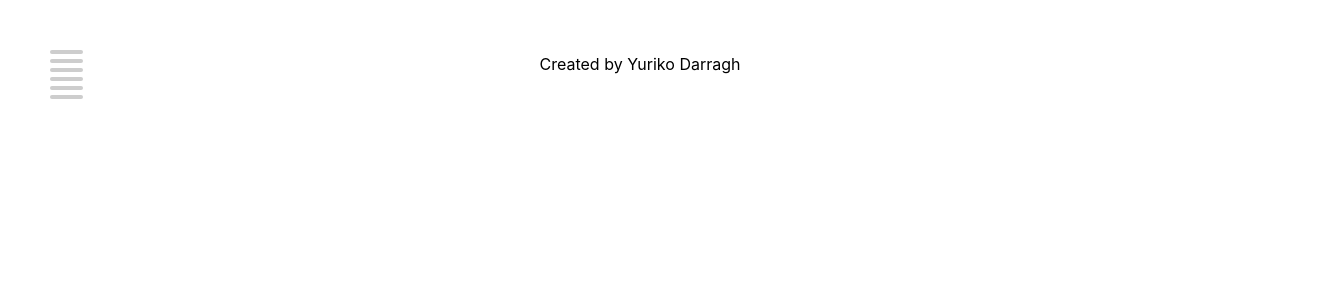
Repository: yuriko-pixel/react-portfolio
Page: /about
These files come from the project's save history. The page is drawn as it stood at one moment and after the next save; the edit follows.
The browser window is 1280 px wide. The page is 1330 px wide, so the pictures cover 1330 px, including what lies to the right of the window. The pictures show the whole page.
The project was rebuilt for these pictures with package versions that can differ from the ones it lists, and the page was loaded fresh each time. Also part of the build but not shown: src/components/worktemp.js, src/styles/top.module.scss, src/components/links.js, src/components/top.js, src/styles/works.module.scss, src/components/works.js, src/components/home.js.

Above is the page before, as saved 2021-05-19 12:22:29.

### src/App.js
import logo from './logo.svg';
import './App.css';
import { BrowserRouter, Route, Link } from 'react-router-dom';
import WorkTemp from './components/worktemp'
import about from './components/about'
import home from './components/home'
import Nav from './components/nav'
import Footer from './components/footer'
import works from './components/works'

function App() {
  return (
    <div className="App">
      <BrowserRouter>
        <Nav />
        <Route exact path='/' component={home}></Route>
        <Route path='/about' component={about}></Route>
        <Route path='/works' component={works}></Route>
        <Route path='/work/:name'><WorkTemp /></Route>
        <Footer/>
      </BrowserRouter>
    </div>
  );
}

export default App;

### src/components/about.js

import Nav from './nav'

const About = () => {
    return (
        <div>
            <Nav/>

        </div>
    )
}

export default About

### src/components/nav.js
import navs from '../styles/nav.module.scss'
import { Link } from 'react-router-dom';

const Nav = () => {
    return (
        <nav role="navigation">
        <div className={navs.menuToggle}>
          <input type="checkbox" />
          <span></span>
          <span></span>
          <span></span>
          <ul className={navs.menu}>
            <Link to="/"><li>Home</li></Link>
            <Link to="/about"><li>About</li></Link>
            <Link to="/works"><li>Works</li></Link>
            <Link to="/contact"><li>Contact</li></Link>
          </ul>
        </div>
      </nav>
    )
}

export default Nav

### src/components/footer.js
import foots from '../styles/footer.module.scss'

const Footer = ()=> {
    return (
        <footer>
            <span>Created by Yuriko Darragh</span>
        </footer>
    )
}

export default Footer;

### src/styles/nav.module.scss
* {
  list-style: none;
}

.menuToggle
{
  display: block;
  position: relative;
  top: 50px;
  left: 50px;

  z-index: 1;

  -webkit-user-select: none;
  user-select: none;
}

.menuToggle a
{
  text-decoration: none;
  color: .232323;

  transition: color 0.3s ease;
}

.menuToggle a:hover
{
  color: tomato;
}


.menuToggle input
{
  display: block;
  width: 40px;
  height: 32px;
  position: absolute;
  top: -7px;
  left: -5px;

  cursor: pointer;

  opacity: 0; /* hide this */
  z-index: 2; /* and place it over the hamburger */

  -webkit-touch-callout: none;
}

/*
 * Just a quick hamburger
 */
.menuToggle span
{
  display: block;
  width: 33px;
  height: 4px;
  margin-bottom: 5px;
  position: relative;

  background: #cdcdcd;
  border-radius: 3px;

  z-index: 1;

  transform-origin: 4px 0px;

  transition: transform 0.5s cubic-bezier(0.77,0.2,0.05,1.0),
              background 0.5s cubic-bezier(0.77,0.2,0.05,1.0),
              opacity 0.55s ease;
}

.menuToggle span:first-child
{
  transform-origin: 0% 0%;
}

.menuToggle span:nth-last-child(2)
{
  transform-origin: 0% 100%;
}

/*
 * Transform all the slices of hamburger
 * into a crossmark.
 */
.menuToggle input:checked ~ span
{
  opacity: 1;
  transform: rotate(45deg) translate(-2px, -1px);
  background: #232323;
}

/*
 * But let's hide the middle one.
 */
.menuToggle input:checked ~ span:nth-last-child(3)
{
  opacity: 0;
  transform: rotate(0deg) scale(0.2, 0.2);
}

/*
 * Ohyeah and the last one should go the other direction
 */
.menuToggle input:checked ~ span:nth-last-child(2)
{
  transform: rotate(-45deg) translate(0, -1px);
}

/*
 * Make this absolute positioned
 * at the top left of the screen
 */
.menu
{
  position: absolute;
  width: 300px;
  margin: -100px 0 0 -50px;
  padding: 50px;
  padding-top: 125px;

  background: #ededed;
  list-style-type: none;
  -webkit-font-smoothing: antialiased;
  /* to stop flickering of text in safari */

  transform-origin: 0% 0%;
  transform: translate(-100%, 0);

  transition: transform 0.5s cubic-bezier(0.77,0.2,0.05,1.0);
}

.menu li
{
  padding: 10px 0;
  font-size: 22px;
}

/*
 * And let's slide it in from the left
 */
.menuToggle input:checked ~ ul
{
  transform: none;
}

### src/styles/footer.module.scss
footer {
    margin-top: auto;
}

### src/styles/links.module.scss


a, a:visited {
    text-decoration: none;
    color: black;
}

.linkcontainer {
    margin: 20px 0;
}
.linkcontainer1, .linkcontainer2, .linkcontainer3 {
    // width: 200px;
    padding: 10px 15px;
    background: #EEF1F2;
    border: 1px solid #D1D8DA;
}

.linkcontainer1 {
    border-radius: 50% 0 0 50%;
}

.linkcontainer3 {
    border-radius: 0 50% 50% 0;
}

.border {
    border-bottom: dashed;
}

### src/styles/about.module.scss
.profimg {
    background-image: url("../images/profile.JPG");
    width:  180px;
    height: 180px;
    border-radius: 50%;
    background-position: left top;
}

Loaded but not shown: public/index.html (common file); src/index.js (common file); src/index.css (common file); src/reportWebVitals.js (common file); src/App.css (common file)

After the next save:
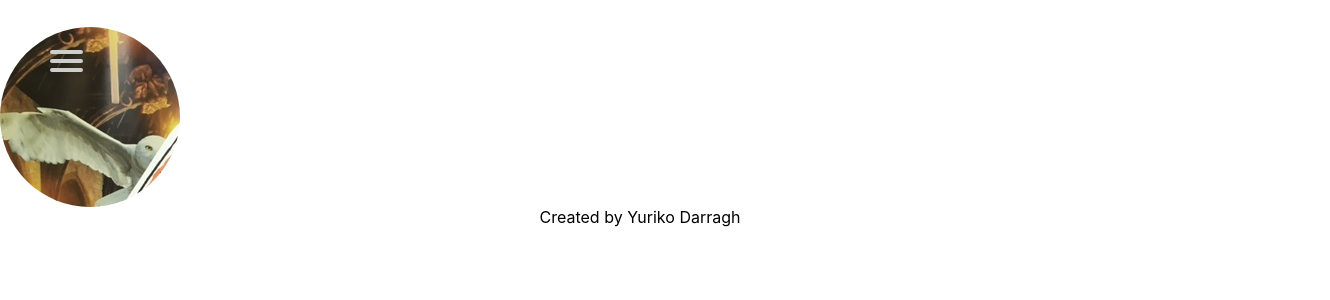
Saved 94 s later.
--- a/src/components/about.js
+++ b/src/components/about.js
@@ -1,11 +1,11 @@
 
 import Nav from './nav'
+import profs from '../styles/about.module.scss'
 
 const About = () => {
     return (
         <div>
-            <Nav/>
-
+            <div className={profs.profimg} />
         </div>
     )
 }
